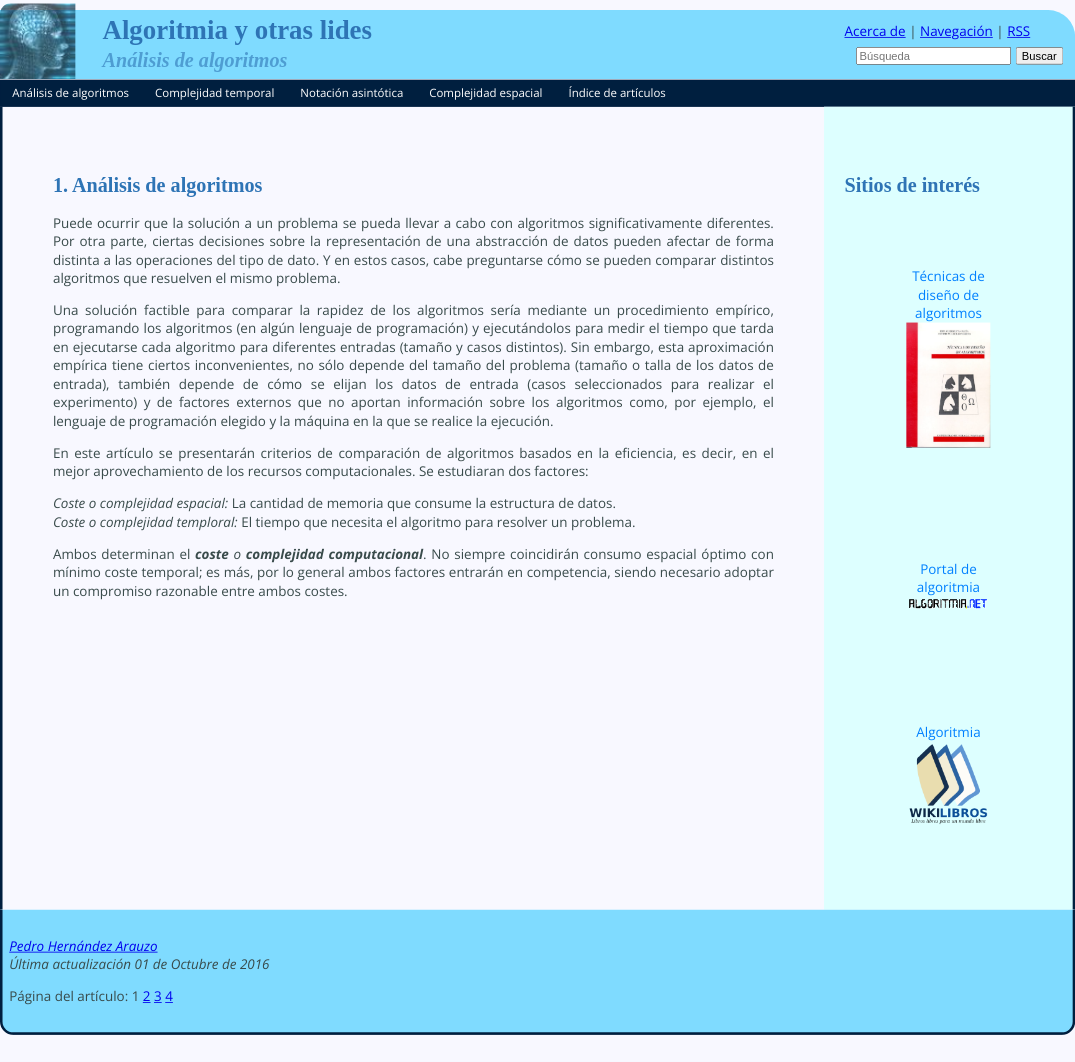
Repository: dgsama/Curso17
Page: SEW/WorkSpace/Practica04/index.html
These files come from the project's save history. The page is drawn as it stood at one moment and after the next save; the edit follows.
The browser window is 1280 px wide. The pictures show the whole page, at 84% of full size.
Some web fonts or font styles are not loaded; a fallback is used.

Above is the page before, as saved 2016-10-26 09:40:21.

### SEW/WorkSpace/Practica04/index.html
<!DOCTYPE html>
<html xmlns="http://www.w3.org/1999/xhtml" lang="es" xml:lang="es">
<head>
<meta charset="UTF-8" />
<title>Análisis de algoritmos</title>
<link rel="stylesheet" type="text/css"
href="estilo.css" media="screen"/>
<style type="text/css">
/*<![CDATA[
body {
    counter-reset: c1;
}

section h2:before {
    counter-increment: c1;
    content: counter(c1) ". ";
}
]]>*/
</style>
</head>
<body>
  <header>
    <h1>
      <a href="#" title="Página inicial del blog" tabindex="1"><img
      src="algoritmia.jpg" alt="logo"/>Algoritmia y otras lides</a>
    </h1>
    <h2>Análisis de algoritmos</h2>
    <ul id="ayuda">
      <li><a href="#">Acerca de</a></li>
      <li><a href="#">Navegación</a></li>
      <li><a href="#">RSS</a></li>
      <li>
        <form method="post" action="#">
		  <fieldset>
			<input type="search" size="20" placeholder="Búsqueda"/>
			<input type="submit" value="Buscar"/>
		  </fieldset>
        </form>
      </li>
    </ul>
  </header>
  <nav>
    <ul>
      <li><a href="#" accesskey="1">Análisis de algoritmos</a></li>
      <li><a href="temporal.html" accesskey="2">Complejidad
      temporal</a></li>
      <li><a href="notacion.html" accesskey="3">Notación
      asintótica</a></li>
      <li><a href="espacial.html" accesskey="4">Complejidad
      espacial</a></li>
      <li><a href="#" accesskey="5">Índice de artículos</a></li>
    </ul>
  </nav>
  <section id="main">
    <h2>1. Análisis de algoritmos</h2>
    <p>Puede ocurrir que la solución a un problema se pueda llevar a
      cabo con algoritmos significativamente diferentes. Por otra parte,
      ciertas decisiones sobre la representación de una abstracción de
      datos pueden afectar de forma distinta a las operaciones del tipo
      de dato. Y en estos casos, cabe preguntarse cómo se pueden
      comparar distintos algoritmos que resuelven el mismo problema.</p>
    <p>Una solución factible para comparar la rapidez de los
      algoritmos sería mediante un procedimiento empírico, programando
      los algoritmos (en algún lenguaje de programación) y ejecutándolos
      para medir el tiempo que tarda en ejecutarse cada algoritmo para
      diferentes entradas (tamaño y casos distintos). Sin embargo, esta
      aproximación empírica tiene ciertos inconvenientes, no sólo
      depende del tamaño del problema (tamaño o talla de los datos de
      entrada), también depende de cómo se elijan los datos de entrada
      (casos seleccionados para realizar el experimento) y de factores
      externos que no aportan información sobre los algoritmos como, por
      ejemplo, el lenguaje de programación elegido y la máquina en la
      que se realice la ejecución.</p>
    <p>En este artículo se presentarán criterios de comparación de
      algoritmos basados en la eficiencia, es decir, en el mejor
      aprovechamiento de los recursos computacionales. Se estudiaran dos
      factores:</p>
    <dl>
      <dt>Coste o complejidad espacial</dt>
      <dd>La cantidad de memoria que consume la estructura de
        datos.</dd>
      <dt>Coste o complejidad temploral</dt>
      <dd>El tiempo que necesita el algoritmo para resolver un
        problema.</dd>
    </dl>
    <p>Ambos determinan el <dfn><strong>coste</strong> o
      <strong>complejidad computacional</strong></dfn>. No siempre
      coincidirán consumo espacial óptimo con mínimo coste temporal; es
      más, por lo general ambos factores entrarán en competencia, siendo
      necesario adoptar un compromiso razonable entre ambos costes.</p>
  </section>
  <aside>
    <h2>Sitios de interés</h2>
    <div>
      <figure>
        <figcaption>Técnicas de diseño de algoritmos</figcaption>
        <p><a href="http://www.lcc.uma.es/~av/Libro/"><img src="tda.jpg"
        alt="Libro de algoritmia"/></a></p>
      </figure>
      <figure>
        <figcaption>Portal de algoritmia</figcaption>
        <p><a href="http://www.algoritmia.net/"><img src="anet.gif"
		alt="Portal de algoritmia"/></a></p>
      </figure>
      <figure>
        <figcaption>Algoritmia</figcaption>
        <p><a href="http://es.wikibooks.org/wiki/Algoritmia"><img
        src="Wbooks.png" alt="Libro de algoritmia"/></a></p>
      </figure>
    </div>
  </aside>
  <footer>
    <address>
      <p>
        <a href="mailto:phernandez@uniovi.es"
         title="Escrito por Pedro Hernández">Pedro Hernández Arauzo</a>
         <br/>Última actualización
         <time datetime="2016-10-01">01 de Octubre de 2016</time>
      </p>
    </address>
    <p>
        Página del artículo: 1 <a href="temporal.html">2</a>
        <a href="notacion.html">3</a> <a href="espacial.html">4</a>
    </p>
  </footer>
</body>
</html>

### SEW/WorkSpace/Practica04/estilo.css
@charset "UTF-8";

@import
    url("http://fonts.googleapis.com/css?family=Source+Code+Pro:300,400,700|Droid+Serif:700|Open+Sans:400italic,700italic,400,700")
    ;

body {
    font-family: 'Open Sans', sans-serif;
    color: #394b4b;
    background-color: #f8f8ff;
    text-align: justify;
    margin: 0.75em 0;
    padding: 0;
}

section, aside {
    margin: 0;
    border-left: 3px solid #001f3f;
    border-right: 3px solid #001f3f;
}

aside {
    padding: 0 4em 1.5em 4em;
}

h1, h2, h3, h4, h5, h6 {
    font-family: 'Droid Serif', serif;
    color: rgb(46, 116, 181);
}

h1 a, h1 a:link, h1 a:visited {
    color: inherit;
    text-decoration: none;
}

header {
    background-color: #7fdbff;
    min-height: 82px;
    border-top-right-radius: 2em;
}

header img {
    float: left;
    opacity: 0.7;
    width: 90px;
    height: 90px;
    margin-top: -13px;
    margin-right: 1em;
    border-top-left-radius: 0.4em;
}

header h1, header h2 {
    margin: 0;
    padding: 5px 0 0 0;
}

header h2 {
    font-style: italic;
    opacity: 0.6;
}

nav {
    font-size: 90%;
}

nav>ul {
    list-style: none;
    margin: 1px 0 0 0;
    padding: 0;
    background-color: #001f3f;
    border: 1px solid #001f3f;
    font-size: 95%;
}

nav li {
    color: rgb(100%, 100%, 100%);
    margin: 0;
    padding: 0;
    display: inline-block;
    padding: 0;
}

nav a {
    display: block; /* para que el hiperv�nculo se active desde
						cualquier parte de la caja que se genera */
    padding: 0.4em 1em;
}

nav a:hover {
    background-color: #0074d9;
}

nav a:link, nav a:visited {
    color: rgb(100%, 100%, 100%);
    text-decoration: none;
}

.ecuacion, code, #Tabla3 thead th:nth-child(n+2) {
    font-family: 'Source Code Pro', monospace;
}

.ecuacion, #Tabla3 thead th:nth-child(n+2) {
    font-style: oblique;
}

pre>code {
    font-size: 16px;
}

figure, figure>p {
    margin: 0;
    padding: 0;
}

figure>pre, figure>table {
    margin-bottom: 0.15em;
}

figure>pre {
    font-size: 1em;
}

section figcaption::before {
    content: attr(title) ". ";
    font-weight: 700;
}

section figcaption {
    font-size: 85%;
    font-style: italic;
}

#Figura3 img {
    width: 578px;
    height: 268px;
}

table {
    border-collapse: collapse;
}

th, td {
    border: 1px solid rgb(40%, 40%, 40%);
    padding: 2px 0.5em;
}

#Tabla3 caption {
    color: rgb(46, 116, 181);
    font-style: italic;
    font-weight: bold;
    margin-bottom: 0.2em;
}

footer {
    clear: both;
    min-height: 50px;
    background-color: #7fdbff;
    margin-bottom: 2em;
    padding: 1em 0.5em;
    border-left: 3px solid #001f3f;
    border-right: 3px solid #001f3f;
    border-bottom: 3px solid #001f3f;
    border-bottom-left-radius: 1em;
    border-bottom-right-radius: 1em;
}

#ayuda {
    list-style-type: none;
    float: right;
    margin-top: -60px;
}

#ayuda fieldset {
    border: none;
}

#ayuda li {
    display: inline;
}

#ayuda li:nth-last-child(n+3)::after {
    content: " |";
}

dt, dd {
    display: inline;
}

dt::after {
    content: ": ";
}

dt {
    font-style: italic;
}

dd {
    margin-left: 0;
}

dd:after {
    display: block;
    content: " ";
}

#main {
    padding: 60px;
}

pre {
    margin-left: 3cm;
}

pre+figcaption {
    margin-left: 3cm;
}

table {
    margin: auto;
}

.center {
    text-align: center;
}

#Figura4 {
    float: left;
    width: 39%;
    text-align: center;
    margin-left: 10%;
}

#Figura5 {
    float: right;
    width: 39%;
    text-align: center;
    margin-right: 10%;
}

h4 {
    clear: both;
}

#Tabla3 th {
    background-color: #00BFFF;
    color: #0404B4;
    font-size: 20px;
}

#Tabla3 tbody {
    background: white;
}

#Tabla3 tbody>tr:nth-child(2n) {
    background: #A9F5F2;
}

aside {
    color: #0080FF;
}

aside div {
    display: flex;
    flex: auto;
    justify-content: center;
}

aside figure {
    padding: 4em;
    text-align: center;
}

aside img {
    max-width: 100px;
}

@media screen and (min-width:900px) {
    aside div {
        flex-direction: column;
        min-height: 600px;
    }
    aside {
        border-left: 0;
        padding: 2em 1.5em;
        display: table-cell;
        background-color: #DDFFFF;
    }
    #main {
        border-right: 0;
        display: table-cell;
    }
}

After the next save:
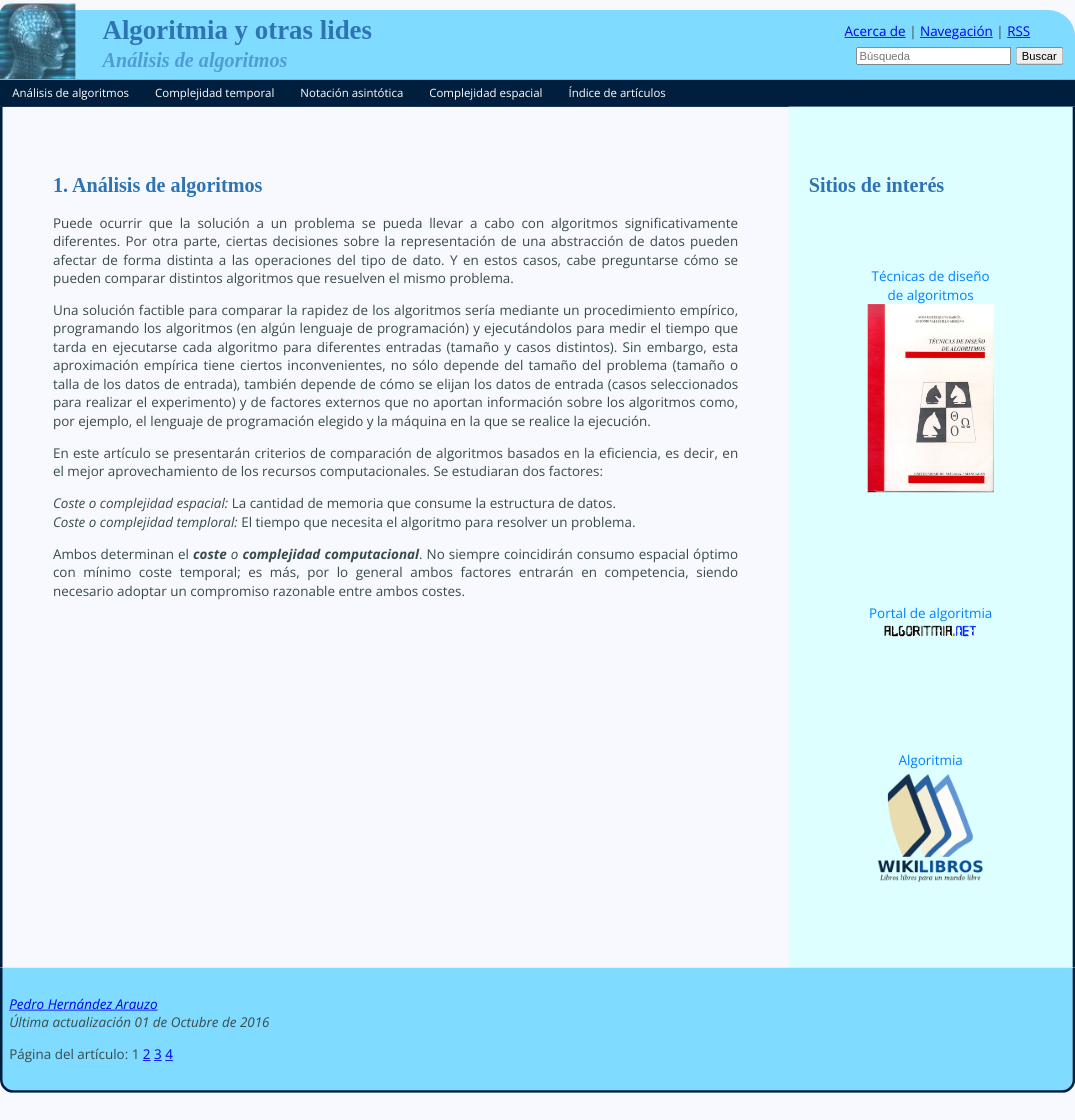
Saved 11 s later.
--- a/SEW/WorkSpace/Practica04/estilo.css
+++ b/SEW/WorkSpace/Practica04/estilo.css
@@ -271,7 +271,7 @@
 }
 
 aside img {
-    max-width: 100px;
+    max-width: 150px;
 }
 
 @media screen and (min-width:900px) {
